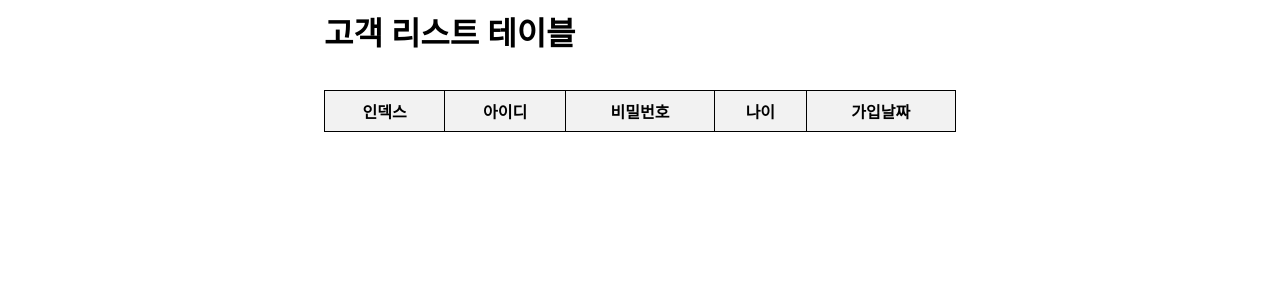
Repository: 2JISUN/hta-lecture-basic
Page: http://localhost/jsp03/list.jsp
An editor plug-in stored every save of this project. The page is shown before and after the next save, followed by the edit.
The browser window is 1280 px wide. The pictures show the whole page.
The page is served by Tomcat 10. Queries for data that is not in the repository find no rows.

Above is the page before, as saved 2023-09-15 06:23:58.

After the next save:
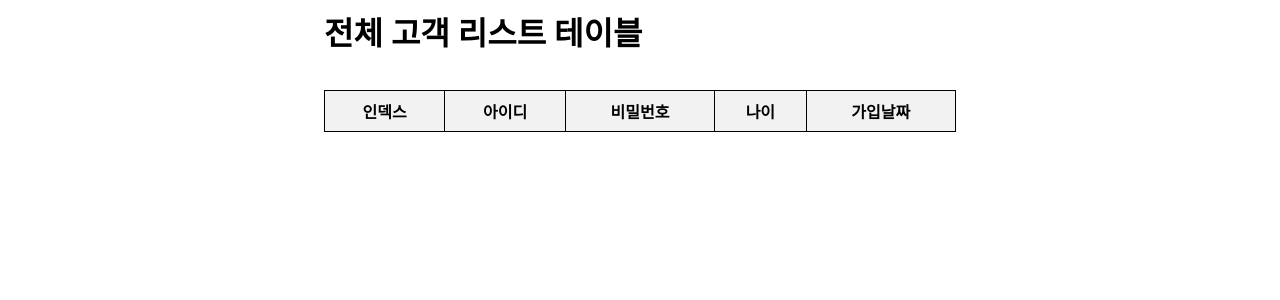
Saved 8 min 21 s later.
--- a/jsp-lecture/jsp03/src/main/webapp/list.jsp
+++ b/jsp-lecture/jsp03/src/main/webapp/list.jsp
@@ -35,7 +35,7 @@
 <html>
 <head>
     <meta charset="UTF-8">
-    <title>데이터베이스 결과 테이블</title>
+    <title>전체 고객 리스트 테이블</title>
     <style>
     	h1 {
     	width: 50%;
@@ -59,7 +59,7 @@
     </style>
 </head>
 <body>
-    <h1>고객 리스트 테이블</h1>
+    <h1>전체 고객 리스트 테이블</h1>
     <br>
     <br>
     <table>
